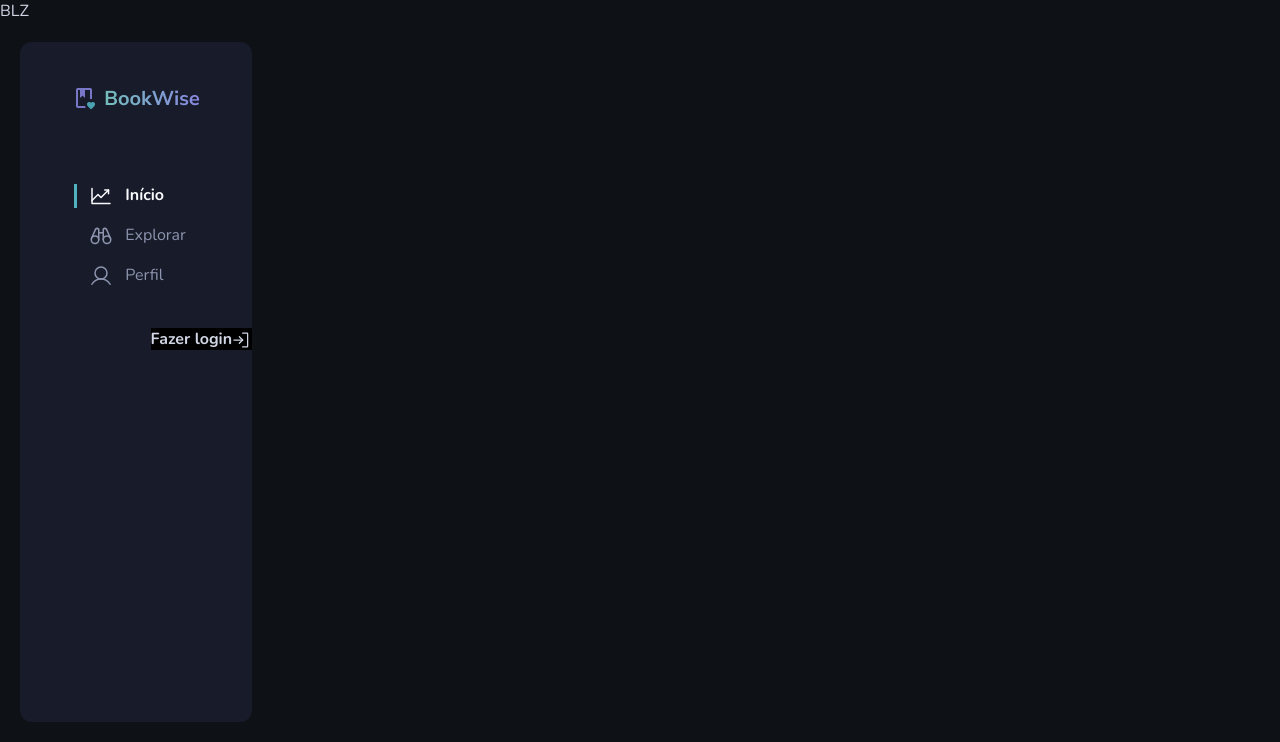
Repository: Giopol12/book-wise
Page: /index.page
An editor plug-in stored every save of this project. The page is shown before and after a run of saves, followed by the edit.
The browser window is 1280 px wide. The pictures show the whole page.
The project was rebuilt for these pictures with package versions that can differ from the ones it lists, and the page was loaded fresh each time. The framework's server and built-in components were replaced by stand-ins that run in the browser. Also part of the build but not shown: next.config.js.

Above is the page before, as saved 2023-10-17 15:54:39.

After the next 3 saves:
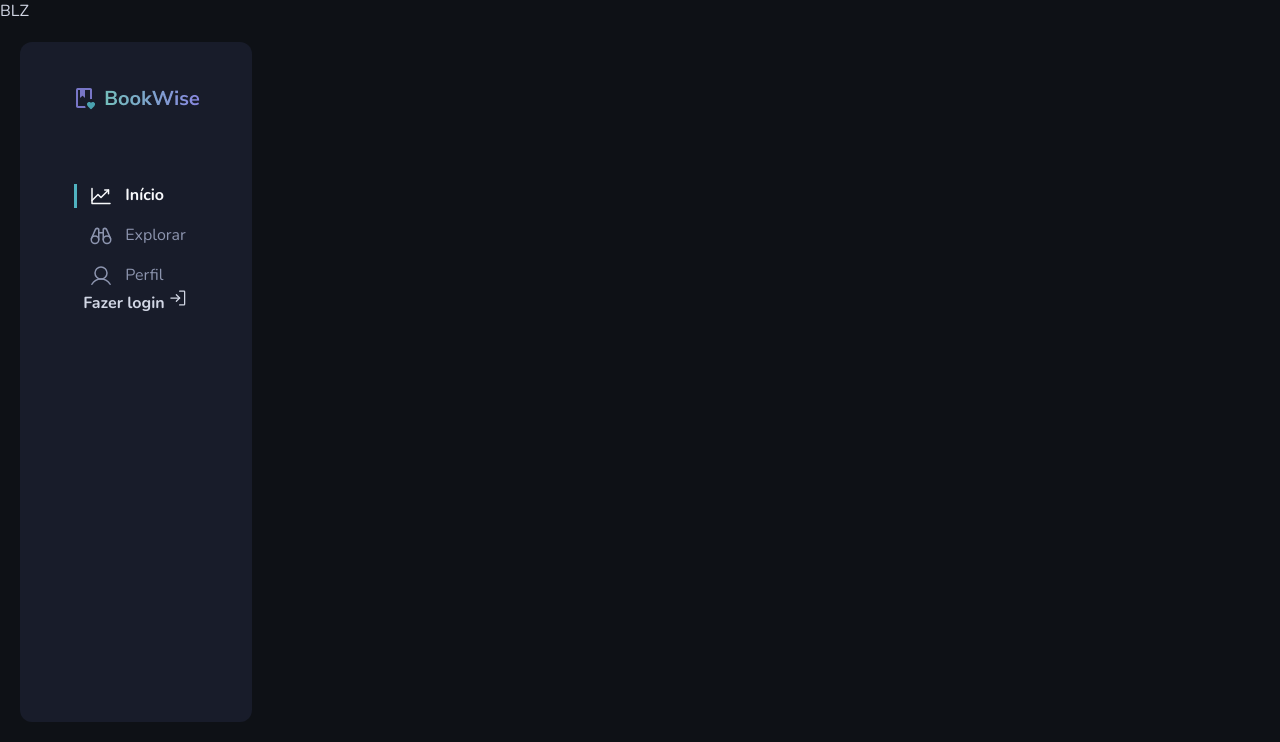
The 3 saves are shown as one change because 2 did not build or start.
The last was saved 40 s later.
--- a/src/pages/home/components/Sidebar/index.tsx
+++ b/src/pages/home/components/Sidebar/index.tsx
@@ -14,25 +14,25 @@ import { Binoculars, ChartLineUp, SignIn, User } from 'phosphor-react'
 export function Sidebar() {
   return (
     <SidebarContainer>
-      {/* <TopContainer> */}
-      <LogoContainer>
-        <Image src={logo} alt="" width={128} height={32} />
-      </LogoContainer>
-      <NavContainer>
-        <NavItemContainer selected={true}>
-          <ChartLineUp size={24} />
-          <span>Início</span>
-        </NavItemContainer>
-        <NavItemContainer>
-          <Binoculars size={24} />
-          <span>Explorar</span>
-        </NavItemContainer>
-        <NavItemContainer>
-          <User size={24} />
-          <span>Perfil</span>
-        </NavItemContainer>
-      </NavContainer>
-      {/* </TopContainer> */}
+      <TopContainer>
+        <LogoContainer>
+          <Image src={logo} alt="" width={128} height={32} />
+        </LogoContainer>
+        <NavContainer>
+          <NavItemContainer selected={true}>
+            <ChartLineUp size={24} />
+            <span>Início</span>
+          </NavItemContainer>
+          <NavItemContainer>
+            <Binoculars size={24} />
+            <span>Explorar</span>
+          </NavItemContainer>
+          <NavItemContainer>
+            <User size={24} />
+            <span>Perfil</span>
+          </NavItemContainer>
+        </NavContainer>
+      </TopContainer>
       <LoginContainer>
         <strong>Fazer login</strong> <SignIn size={20} />
       </LoginContainer>
--- a/src/pages/home/components/Sidebar/styles.ts
+++ b/src/pages/home/components/Sidebar/styles.ts
@@ -6,6 +6,12 @@ export const SidebarContainer = styled('div', {
   width: '14.5rem',
   background: '$gray700',
   borderRadius: '12px',
+  display: 'flex',
+  flexDirection: 'column',
+  alignItems: 'center',
+  justifyContent: 'flex-start',
+})
+export const TopContainer = styled('div', {
   display: 'flex',
   flexDirection: 'column',
   alignItems: 'center',
@@ -42,14 +48,4 @@ export const NavItemContainer = styled('div', {
   borderLeftColor: 'transparent',
   borderLeftStyle: 'solid',
 })
-export const LoginContainer = styled('footer', {
-  background: 'black',
-  display: 'flex',
-  alignContent: 'flex-end',
-  alignSelf: 'flex-end',
-  alignItems: 'flex-end',
-  justifyContent: 'flex-end',
-  justifyItems: 'flex-end',
-  justifySelf: 'flex-end',
-  marginTop: '$10',
-})
+export const LoginContainer = styled('footer', {})
